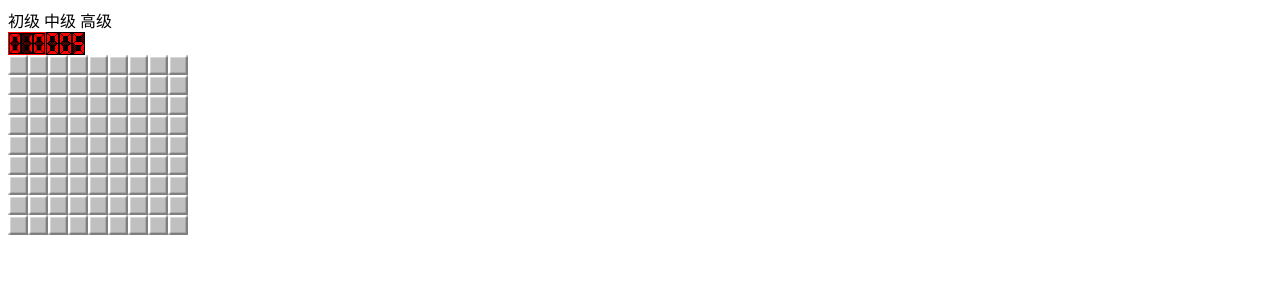
Repository: vLinv/MineSweeper
Page: index.html
An editor plug-in stored every save of this project. The page is shown before and after the next save, followed by the edit.
The browser window is 1280 px wide. The pictures show the whole page.

Above is the page before, as saved 2022-02-18 11:49:26.

After the next save:
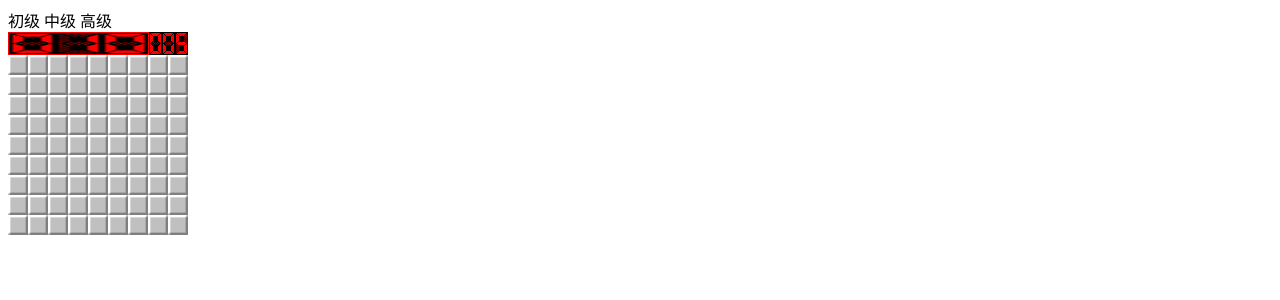
Saved 8 s later.
--- a/index.html
+++ b/index.html
@@ -31,7 +31,7 @@
       display: flex;
     }
     #mineNumCanvas{
-      float: left;
+      flex: 1;
     }
     #timeCanvas{
       float: right;
